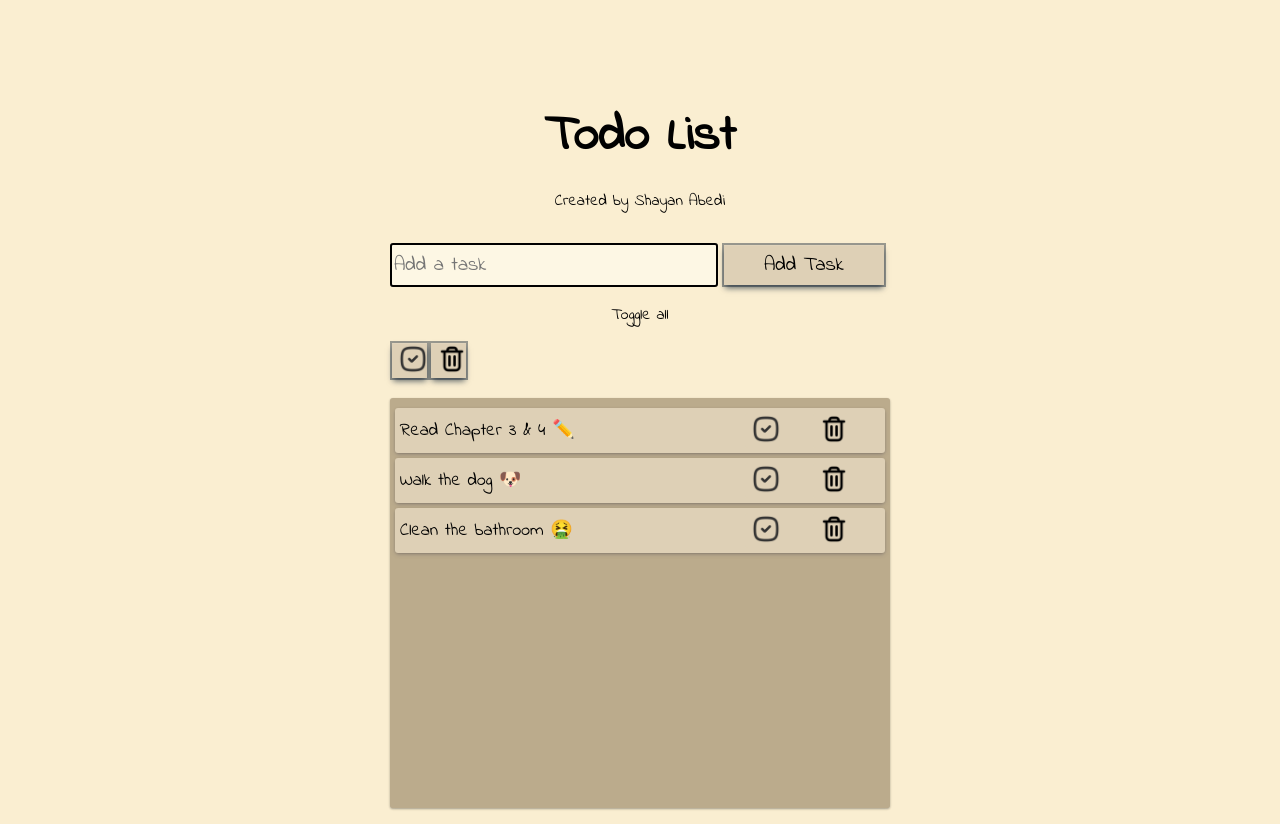
Repository: shayanabedi98/todo-list
Page: /
An editor plug-in stored every save of this project. The page is shown before and after the next save, followed by the edit.
The browser window is 1280 px wide. The pictures show the whole page.
The project was rebuilt for these pictures with package versions that can differ from the ones it lists, and the page was loaded fresh each time. Also part of the build but not shown: vite.config.js.

Above is the page before, as saved 2023-12-30 17:14:21.

### index.html
<!doctype html>
<html lang="en">
  <head>
    <meta charset="UTF-8" />
    <link rel="icon" type="image/svg+xml" href="./src/assets/pencil-svgrepo-com.png" />
    <meta name="viewport" content="width=device-width, initial-scale=1.0" />
    <link rel="preconnect" href="https://fonts.googleapis.com">
    <link rel="preconnect" href="https://fonts.gstatic.com" crossorigin>
    <link href="https://fonts.googleapis.com/css2?family=Indie+Flower&display=swap" rel="stylesheet">
    <title>Todo List</title>
  </head>
  <body>
    <div id="root"></div>
    <script type="module" src="/src/main.jsx"></script>
  </body>
</html>

### src/App.jsx
import { useState } from "react";
import { v4 as uuid } from "uuid";
import TodoList from "./TodoList";
import CreateTask from "./CreateTask";
import AffectAll from "./AffectAll";

function App() {
  const [list, setList] = useState([
    { id: uuid(), text: "Read Chapter 3 & 4 ✏️", completed: false },
    { id: uuid(), text: "Walk the dog 🐶", completed: false },
    { id: uuid(), text: "Clean the bathroom 🤮", completed: false },
  ]);
  const [input, setInput] = useState("");

  const addTask = () => {
    if (input.trim() !== "") {
      setList([...list, { id: uuid(), text: input, completed: false }]);
      setInput("");
    }
  };

  const handleChange = (event) => {
    setInput(event.target.value);
  };

  const handleDelete = (taskID) => {
    const newList = list.filter((task) => {
      return task.id !== taskID;
    });
    setList(newList);
  };

  const handleComplete = (taskID) => {
    const newList = list.map((task) => {
      if (task.id === taskID) {
        return { ...task, completed: !task.completed };
      } else {
        return task;
      }
    });
    setList(newList);
  };

  const clearAll = () => {
    setList([]);
  };

  const completeAll = () => {
    const isItCompleted = list.some((task) => !task.completed);
    const newList = list.map((task) => ({ ...task, completed: isItCompleted }));
    setList(newList)
  };

  return (
    <>
      <h1>Todo List</h1>
      <p>Created by Shayan Abedi</p>
      <CreateTask handleChange={handleChange} input={input} addTask={addTask} />
      <AffectAll clearAll={clearAll} completeAll={completeAll} />
      <TodoList
        list={list}
        handleDelete={handleDelete}
        handleComplete={handleComplete}
      />
    </>
  );
}

export default App;

### src/index.css
body {
  background-color: #FAEED1;
  font-family: 'Indie Flower', cursive;
}

h1 {
  font-size: 50px;
  margin-top: 100px;
  margin-bottom: 0;
  text-align: center;
}

.create-task {
  display: grid;
  place-items: center;
  align-content: center;
  grid-template-columns: 1fr 1fr;
  margin: 30px auto 0 auto;
}

.create-task input {
  background-color: #FDF7E4;
  border: 2px solid black;
  border-radius: 3px;
  font-size: 20px;
  height: 38px;
  width: 320px;
  font-family: 'Indie Flower', cursive;
}

.create-task button {
  background-color: #DED0B6;
  border: none;
  font-family: 'Indie Flower', cursive;
  height: 40px;
  width: 160px;
  font-size: 20px;
  box-shadow: rgba(6, 24, 44, 0.4) 0px 0px 0px 2px, rgba(6, 24, 44, 0.65) 0px 4px 6px -1px, rgba(255, 255, 255, 0.08) 0px 1px 0px inset;
  cursor: pointer;
}

.affect-all {
  display: grid;
}

.affect-all button {
  background-color: #DED0B6;
  border: none;
  font-family: 'Indie Flower', cursive;
  height: 35px;
  width: 35px;
  margin: auto 2px;
  box-shadow: rgba(6, 24, 44, 0.4) 0px 0px 0px 2px, rgba(6, 24, 44, 0.65) 0px 4px 6px -1px, rgba(255, 255, 255, 0.08) 0px 1px 0px inset;
  cursor: pointer;
}

.list ul {
 padding: 5px;
 box-shadow: rgba(0, 0, 0, 0.12) 0px 1px 3px, rgba(0, 0, 0, 0.24) 0px 1px 2px;
  border-radius: 3px;
  background-color: #BBAB8C;
  min-height: 400px;
}

.list li {
  list-style: none;
  display: grid;
  grid-template-columns: 1fr 0.2fr 0.2fr;
  background-color: #DED0B6;
  margin-top: 5px;
  margin-bottom: 5px;
  padding: 5px;
  box-shadow: rgba(50, 50, 93, 0.25) 0px 2px 5px -1px, rgba(0, 0, 0, 0.3) 0px 1px 3px -1px;
  border-radius: 3px;
  font-size: 18px;
  align-items: center;
}

p, h1, .create-task, .list, .affect-all {
  width: 500px;
  margin-left: auto;
  margin-right: auto;
}

.list button {
  background-color: #DED0B6;
  height: 35px;
  width: 35px;
  margin: auto 2px;
  cursor: pointer;
  border: none;
  border-radius: 3px;
}

.list img, .affect-all img {
  height: 30px;
}

p {
  text-align: center;
}

### src/TodoList.jsx
import React from "react";
import trash from "./assets/trash.png";
import check from "./assets/check.png";

const TodoList = ({ handleComplete, handleDelete, list }) => {
  const completedStyle = (condition) => {
    return condition
      ? {
          color: "grey",
          textDecoration: "line-through",
        }
      : {};
  };

  return (
    <div className="list">
      <ul>
        {list.map((task) => {
          return (
            <li key={task.id}>
              <span style={completedStyle(task.completed)}>{task.text}</span>
              <button id="complete" onClick={() => handleComplete(task.id)}>
                <img src={check} alt="checkmark button"/>
              </button>
              <button id="delete" onClick={() => handleDelete(task.id)}>
                <img src={trash} alt="delete button"/>
              </button>
            </li>
          );
        })}
      </ul>
    </div>
  );
};

export default TodoList;

### src/CreateTask.jsx
import React from "react";

const CreateTask = ({input, addTask, handleChange}) => {
  return (
    <div className="create-task">
      <input
        onKeyDown={(e) => e.key === 'Enter' && addTask()}
        placeholder="Add a task"
        type="text"
        onChange={handleChange}
        value={input}
      />
      <button onClick={addTask}>Add Task</button>
    </div>
  );
};

export default CreateTask;

### src/AffectAll.jsx
import React from "react";
import trash from "./assets/trash.png";
import check from "./assets/check.png";

const AffectAll = ({ clearAll, completeAll }) => {
  return (
    <div className="affect-all">
      <div>
        <p>Toggle all</p>
      </div>
      <div>
        <button onClick={completeAll}>
          <img src={check} alt="" />
        </button>
        <button onClick={clearAll}>
          <img src={trash} alt="" />
        </button>
      </div>
    </div>
  );
};

export default AffectAll;

Loaded but not shown: src/main.jsx (common file)

After the next save:
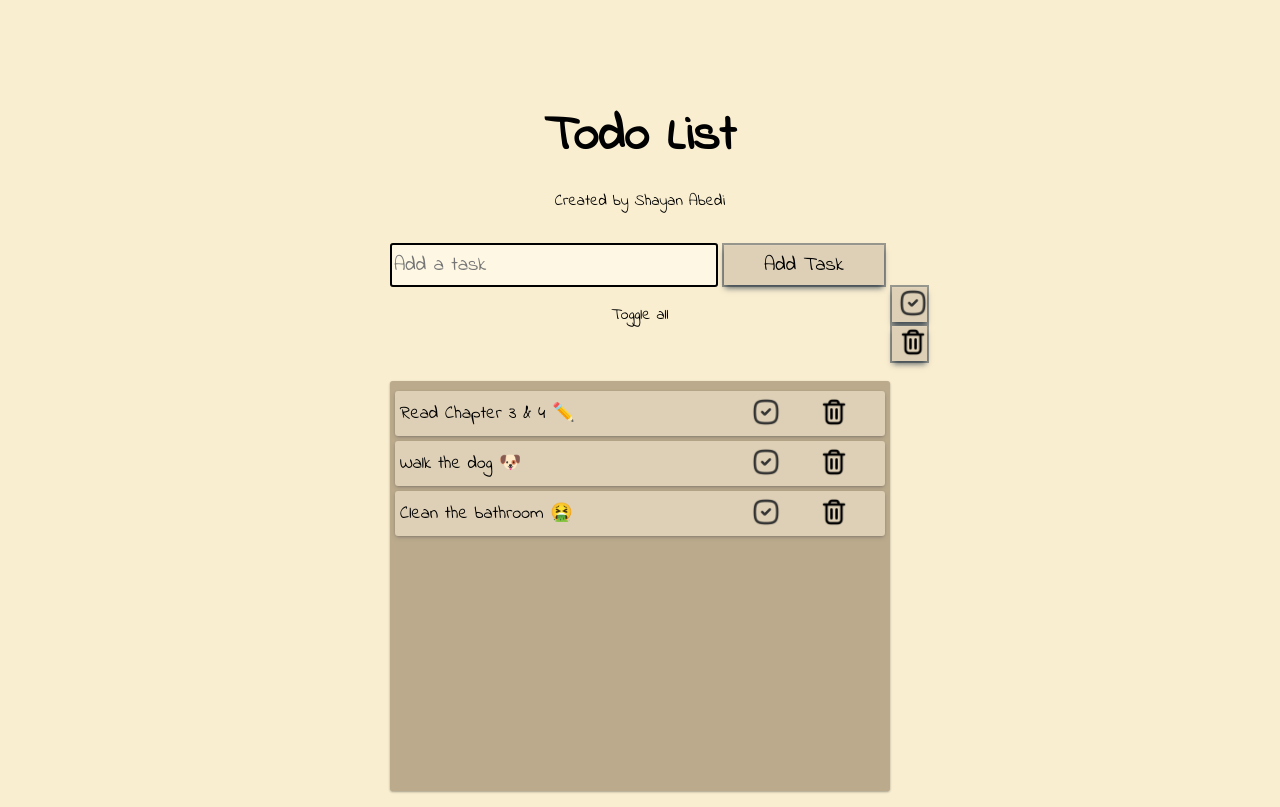
Saved 11 s later.
--- a/src/index.css
+++ b/src/index.css
@@ -41,6 +41,7 @@ h1 {
 
 .affect-all {
   display: grid;
+  grid-template-columns: 1fr 1fr;
 }
 
 .affect-all button {
